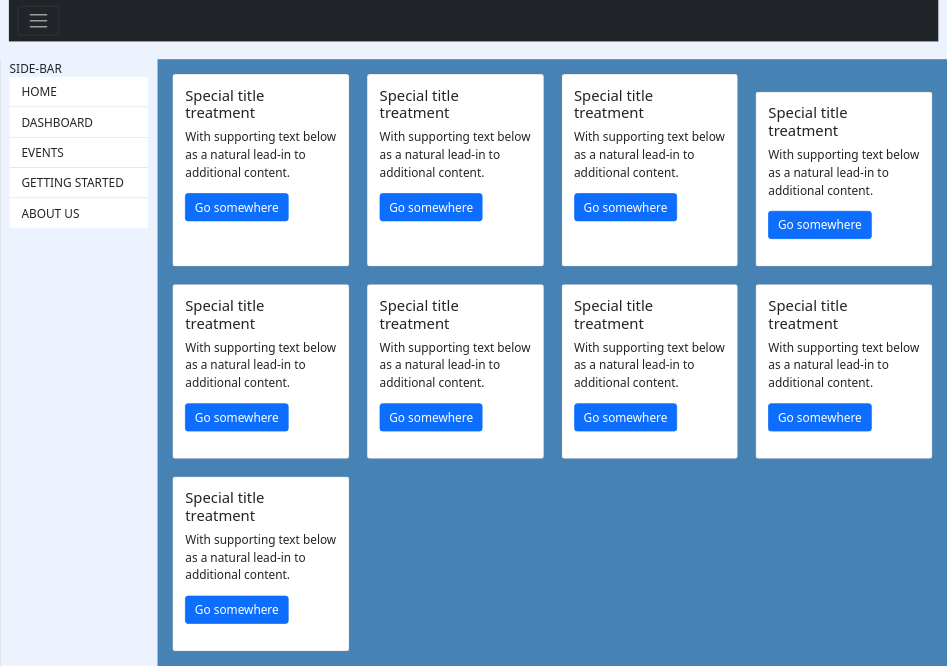
Repository: Dayvid0/BOOTSTRAP-TUTORIALS
Page: cosmos.example.html
An editor plug-in stored every save of this project. The page is shown before and after the next save, followed by the edit.
The browser window is 1280 px wide. The pictures show the whole page, at 74% of full size.

Above is the page before, as saved 2025-01-29 09:56:46.

### cosmos.example.html
<!doctype html>
<html lang="en">
  <head>
    <!-- Required meta tags -->
    <meta charset="utf-8">
    <meta name="viewport" content="width=device-width, initial-scale=1">
    <!-- Bootstrap CSS -->
    <link href="https://cdn.jsdelivr.net/npm/bootstrap@5.0.2/dist/css/bootstrap.min.css" rel="stylesheet" integrity="sha384-EVSTQN3/azprG1Anm3QDgpJLIm9Nao0Yz1ztcQTwFspd3yD65VohhpuuCOmLASjC" crossorigin="anonymous">
    <title>Cosmos-example</title>
    <style>
      body {
        background-color: #ecf3ff;
      }
      .main-content {
        background-color: #4682b4;
        padding: 20px;
        min-height: 600px;
      }
      .sidebar {
        min-height: 600px;
        border-right: 1px solid #ddd;
        border-left: 1px solid #ddd;
      }
      .card {
        margin-bottom: 20px;
        height: 100%;
      }
    </style>
  </head>
  <body>
    <div class="container-fluid">
      <!--navbar-->
      <div class="collapse" id="navbarToggleExternalContent">
        <div class="bg-dark p-4">
          <h5 class="text-white h4">Collapsed content</h5>
          <span class="text-muted">Toggleable via the navbar brand.</span>
        </div>
      </div>
      <nav class="navbar navbar-dark bg-dark">
        <div class="container-fluid">
          <button class="navbar-toggler" type="button" data-bs-toggle="collapse" data-bs-target="#navbarToggleExternalContent" aria-controls="navbarToggleExternalContent" aria-expanded="false" aria-label="Toggle navigation">
            <span class="navbar-toggler-icon"></span>
          </button>
        </div>
      </nav>
    </div>
    <div class="container-fluid">
      <div class="row pt-4">
        <!-- Sidebar -->
        <div class="sidebar col-md-2">
          SIDE-BAR
          <ul class="list-group list-group-flush">
            <li class="list-group-item">HOME</li>
            <li class="list-group-item">DASHBOARD</li>
            <li class="list-group-item">EVENTS</li>
            <li class="list-group-item">GETTING STARTED</li>
            <li class="list-group-item">ABOUT US</li>
          </ul>
        </div>
        <!-- Main Content -->
        <div class="main-content col-md-10">
          <div class="row">
            <!-- Card 1 -->
            <div class="col-md-4 col-lg-3 col-sm-6">
              <div class="card">
                <div class="card-body">
                  <h5 class="card-title">Special title treatment</h5>
                  <p class="card-text">With supporting text below as a natural lead-in to additional content.</p>
                  <a href="#" class="btn btn-primary">Go somewhere</a>
                </div>
              </div>
            </div>
            <!-- Card 2 -->
            <div class="col-md-4 col-lg-3 col-sm-6">
              <div class="card">
                <div class="card-body">
                  <h5 class="card-title">Special title treatment</h5>
                  <p class="card-text">With supporting text below as a natural lead-in to additional content.</p>
                  <a href="#" class="btn btn-primary">Go somewhere</a>
                </div>
              </div>
            </div>
            <!-- You can add more cards here following the same structure -->
             <!--CARD 3-->
             <div class="col-md-4 col-lg-3 col-sm-6">
              <div class="card">
                <div class="card-body">
                  <h5 class="card-title">Special title treatment</h5>
                  <p class="card-text">With supporting text below as a natural lead-in to additional content.</p>
                  <a href="#" class="btn btn-primary">Go somewhere</a>
                </div>
              </div>
            </div>
             <!--CARD 4-->
             <div class="col-md-4 col-lg-3 col-sm-6 pt-4">
              <div class="card">
                <div class="card-body">
                  <h5 class="card-title">Special title treatment</h5>
                  <p class="card-text">With supporting text below as a natural lead-in to additional content.</p>
                  <a href="#" class="btn btn-primary">Go somewhere</a>
                </div>
              </div>
            </div>
             <!--CARD 5-->
             <div class="col-md-4 col-lg-3 col-sm-6 pt-4">
              <div class="card">
                <div class="card-body">
                  <h5 class="card-title">Special title treatment</h5>
                  <p class="card-text">With supporting text below as a natural lead-in to additional content.</p>
                  <a href="#" class="btn btn-primary">Go somewhere</a>
                </div>
              </div>
            </div>
             <!--CARD 6-->
             <div class="col-md-4 col-lg-3 col-sm-6   pt-4">
              <div class="card">
                <div class="card-body">
                  <h5 class="card-title">Special title treatment</h5>
                  <p class="card-text">With supporting text below as a natural lead-in to additional content.</p>
                  <a href="#" class="btn btn-primary">Go somewhere</a>
                </div>
              </div>
            </div>
             <!--CARD 4-->
             <div class="col-md-4 col-lg-3 col-sm-6 pt-4">
              <div class="card">
                <div class="card-body">
                  <h5 class="card-title">Special title treatment</h5>
                  <p class="card-text">With supporting text below as a natural lead-in to additional content.</p>
                  <a href="#" class="btn btn-primary">Go somewhere</a>
                </div>
              </div>
            </div>
             <!--CARD 5-->
             <div class="col-md-4 col-lg-3 col-sm-6 pt-4">
              <div class="card">
                <div class="card-body">
                  <h5 class="card-title">Special title treatment</h5>
                  <p class="card-text">With supporting text below as a natural lead-in to additional content.</p>
                  <a href="#" class="btn btn-primary">Go somewhere</a>
                </div>
              </div>
            </div>
             <!--CARD 6-->
             <div class="col-md-4 col-lg-3 col-sm-6   pt-4">
              <div class="card">
                <div class="card-body">
                  <h5 class="card-title">Special title treatment</h5>
                  <p class="card-text">With supporting text below as a natural lead-in to additional content.</p>
                  <a href="#" class="btn btn-primary">Go somewhere</a>
                </div>
              </div>
            </div>
            <!--END OF CARDS-->
          </div>
        </div>
      </div>
    </div>
    <script src="https://cdn.jsdelivr.net/npm/bootstrap@5.0.2/dist/js/bootstrap.bundle.min.js" integrity="sha384-MrcW6ZMFYlzcLA8Nl+NtUVF0sA7MsXsP1UyJoMp4YLEuNSfAP+JcXn/tWtIaxVXM" crossorigin="anonymous"></script>
  </body>
</html>

After the next save:
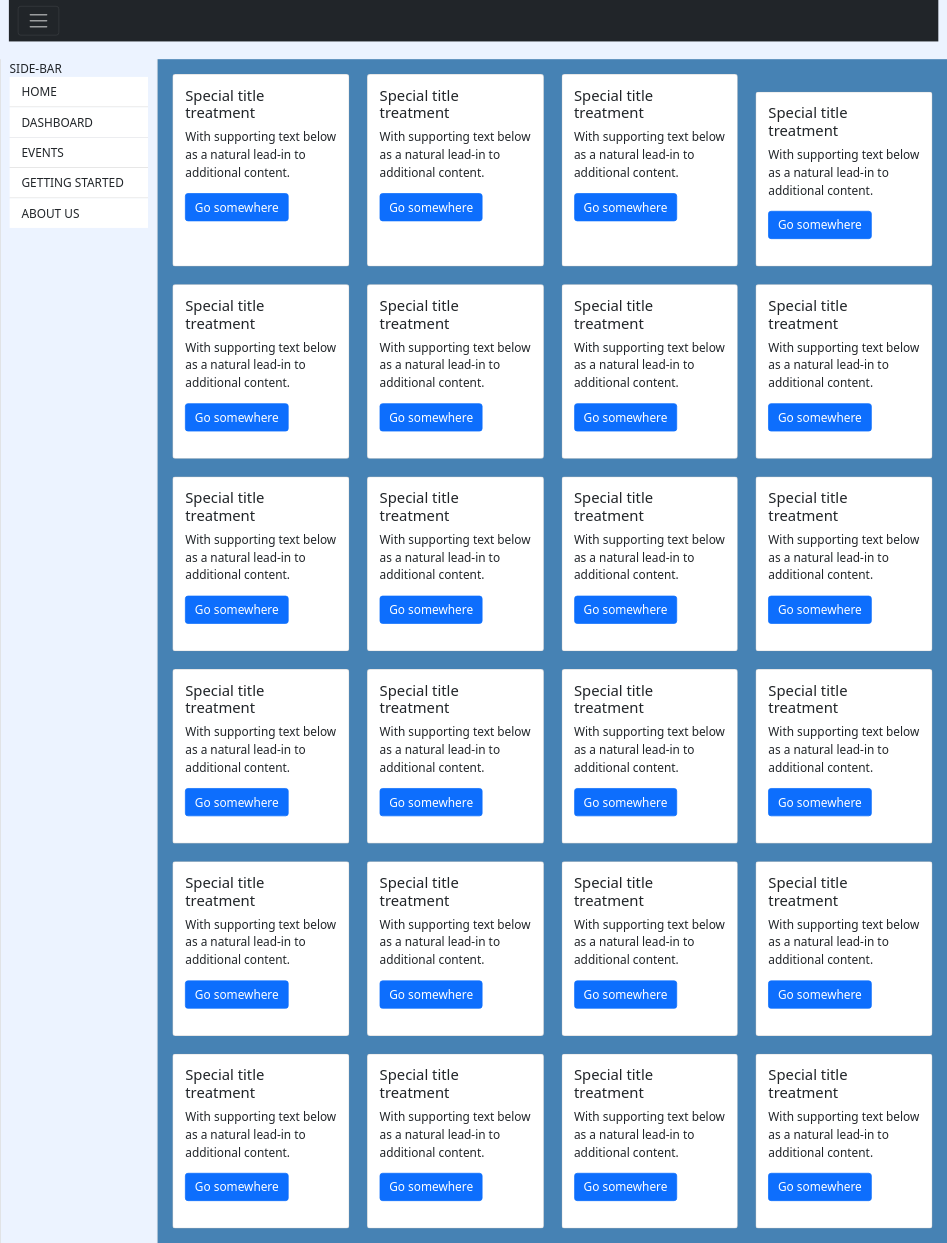
Saved 2 min 10 s later.
--- a/cosmos.example.html
+++ b/cosmos.example.html
@@ -151,6 +151,156 @@
                 </div>
               </div>
             </div>
+             <!--CARD 4-->
+             <div class="col-md-4 col-lg-3 col-sm-6 pt-4">
+              <div class="card">
+                <div class="card-body">
+                  <h5 class="card-title">Special title treatment</h5>
+                  <p class="card-text">With supporting text below as a natural lead-in to additional content.</p>
+                  <a href="#" class="btn btn-primary">Go somewhere</a>
+                </div>
+              </div>
+            </div>
+             <!--CARD 5-->
+             <div class="col-md-4 col-lg-3 col-sm-6 pt-4">
+              <div class="card">
+                <div class="card-body">
+                  <h5 class="card-title">Special title treatment</h5>
+                  <p class="card-text">With supporting text below as a natural lead-in to additional content.</p>
+                  <a href="#" class="btn btn-primary">Go somewhere</a>
+                </div>
+              </div>
+            </div>
+             <!--CARD 6-->
+             <div class="col-md-4 col-lg-3 col-sm-6   pt-4">
+              <div class="card">
+                <div class="card-body">
+                  <h5 class="card-title">Special title treatment</h5>
+                  <p class="card-text">With supporting text below as a natural lead-in to additional content.</p>
+                  <a href="#" class="btn btn-primary">Go somewhere</a>
+                </div>
+              </div>
+            </div>
+             <!--CARD 4-->
+             <div class="col-md-4 col-lg-3 col-sm-6 pt-4">
+              <div class="card">
+                <div class="card-body">
+                  <h5 class="card-title">Special title treatment</h5>
+                  <p class="card-text">With supporting text below as a natural lead-in to additional content.</p>
+                  <a href="#" class="btn btn-primary">Go somewhere</a>
+                </div>
+              </div>
+            </div>
+             <!--CARD 5-->
+             <div class="col-md-4 col-lg-3 col-sm-6 pt-4">
+              <div class="card">
+                <div class="card-body">
+                  <h5 class="card-title">Special title treatment</h5>
+                  <p class="card-text">With supporting text below as a natural lead-in to additional content.</p>
+                  <a href="#" class="btn btn-primary">Go somewhere</a>
+                </div>
+              </div>
+            </div>
+             <!--CARD 6-->
+             <div class="col-md-4 col-lg-3 col-sm-6   pt-4">
+              <div class="card">
+                <div class="card-body">
+                  <h5 class="card-title">Special title treatment</h5>
+                  <p class="card-text">With supporting text below as a natural lead-in to additional content.</p>
+                  <a href="#" class="btn btn-primary">Go somewhere</a>
+                </div>
+              </div>
+            </div>
+             <!--CARD 4-->
+             <div class="col-md-4 col-lg-3 col-sm-6 pt-4">
+              <div class="card">
+                <div class="card-body">
+                  <h5 class="card-title">Special title treatment</h5>
+                  <p class="card-text">With supporting text below as a natural lead-in to additional content.</p>
+                  <a href="#" class="btn btn-primary">Go somewhere</a>
+                </div>
+              </div>
+            </div>
+             <!--CARD 5-->
+             <div class="col-md-4 col-lg-3 col-sm-6 pt-4">
+              <div class="card">
+                <div class="card-body">
+                  <h5 class="card-title">Special title treatment</h5>
+                  <p class="card-text">With supporting text below as a natural lead-in to additional content.</p>
+                  <a href="#" class="btn btn-primary">Go somewhere</a>
+                </div>
+              </div>
+            </div>
+             <!--CARD 6-->
+             <div class="col-md-4 col-lg-3 col-sm-6   pt-4">
+              <div class="card">
+                <div class="card-body">
+                  <h5 class="card-title">Special title treatment</h5>
+                  <p class="card-text">With supporting text below as a natural lead-in to additional content.</p>
+                  <a href="#" class="btn btn-primary">Go somewhere</a>
+                </div>
+              </div>
+            </div>
+             <!--CARD 4-->
+             <div class="col-md-4 col-lg-3 col-sm-6 pt-4">
+              <div class="card">
+                <div class="card-body">
+                  <h5 class="card-title">Special title treatment</h5>
+                  <p class="card-text">With supporting text below as a natural lead-in to additional content.</p>
+                  <a href="#" class="btn btn-primary">Go somewhere</a>
+                </div>
+              </div>
+            </div>
+             <!--CARD 5-->
+             <div class="col-md-4 col-lg-3 col-sm-6 pt-4">
+              <div class="card">
+                <div class="card-body">
+                  <h5 class="card-title">Special title treatment</h5>
+                  <p class="card-text">With supporting text below as a natural lead-in to additional content.</p>
+                  <a href="#" class="btn btn-primary">Go somewhere</a>
+                </div>
+              </div>
+            </div>
+             <!--CARD 6-->
+             <div class="col-md-4 col-lg-3 col-sm-6   pt-4">
+              <div class="card">
+                <div class="card-body">
+                  <h5 class="card-title">Special title treatment</h5>
+                  <p class="card-text">With supporting text below as a natural lead-in to additional content.</p>
+                  <a href="#" class="btn btn-primary">Go somewhere</a>
+                </div>
+              </div>
+            </div>
+             <!--CARD 4-->
+             <div class="col-md-4 col-lg-3 col-sm-6 pt-4">
+              <div class="card">
+                <div class="card-body">
+                  <h5 class="card-title">Special title treatment</h5>
+                  <p class="card-text">With supporting text below as a natural lead-in to additional content.</p>
+                  <a href="#" class="btn btn-primary">Go somewhere</a>
+                </div>
+              </div>
+            </div>
+             <!--CARD 5-->
+             <div class="col-md-4 col-lg-3 col-sm-6 pt-4">
+              <div class="card">
+                <div class="card-body">
+                  <h5 class="card-title">Special title treatment</h5>
+                  <p class="card-text">With supporting text below as a natural lead-in to additional content.</p>
+                  <a href="#" class="btn btn-primary">Go somewhere</a>
+                </div>
+              </div>
+            </div>
+             <!--CARD 6-->
+             <div class="col-md-4 col-lg-3 col-sm-6   pt-4">
+              <div class="card">
+                <div class="card-body">
+                  <h5 class="card-title">Special title treatment</h5>
+                  <p class="card-text">With supporting text below as a natural lead-in to additional content.</p>
+                  <a href="#" class="btn btn-primary">Go somewhere</a>
+                </div>
+              </div>
+            </div>
             <!--END OF CARDS-->
           </div>
         </div>
